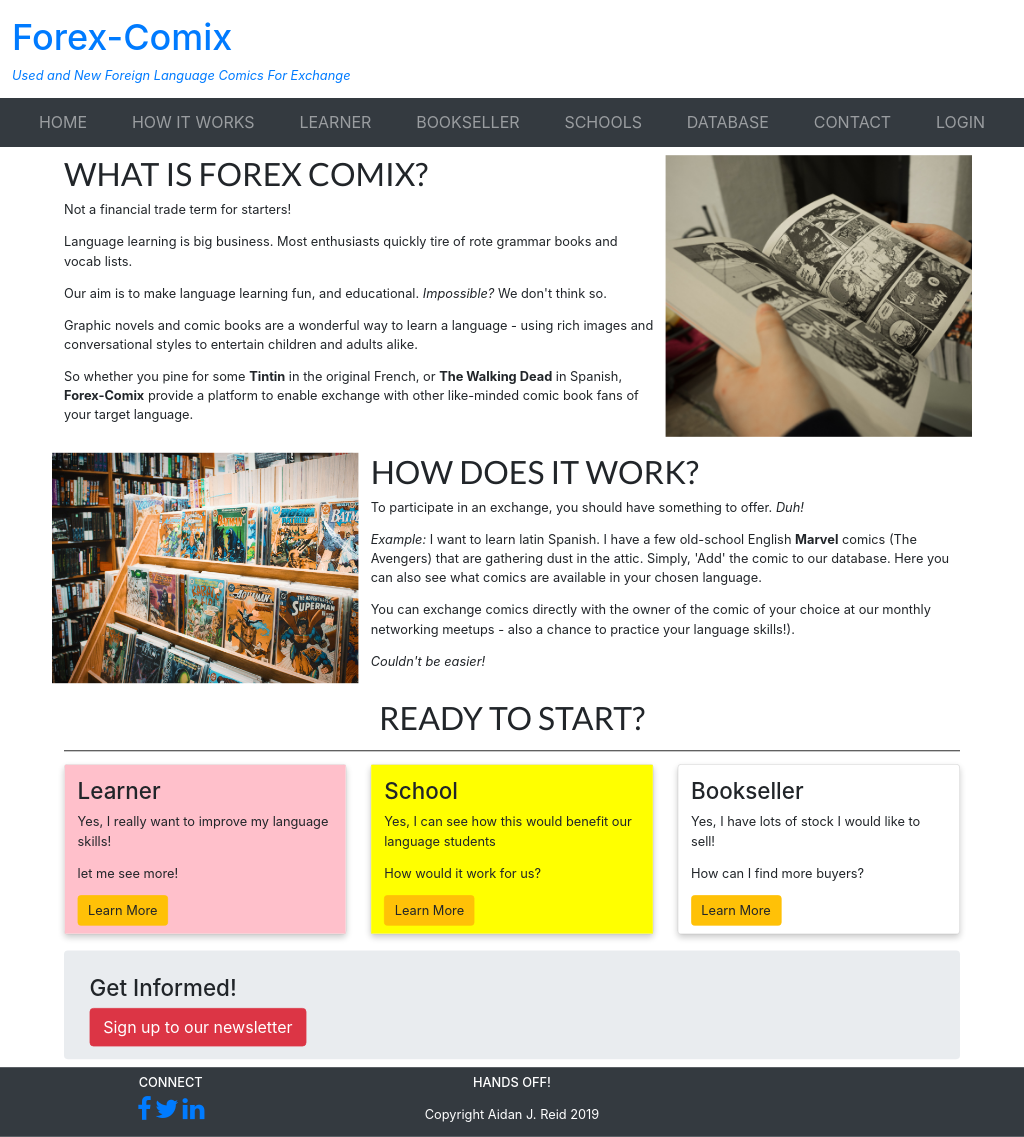
Repository: AidanJReid/Forex-Comix
Page: index.html
The author's editor kept a record of every edit. The page is drawn from the files as they stood at one moment, then again after the next edit.
The browser window is 1280 px wide. The pictures show the whole page, at 80% of full size.

Above is the page before.

### index.html
<!DOCTYPE html>
<html lang="en">

<head>
    <meta charset="UTF-8">
    <meta name="viewport" content="width=device-width, initial-scale=1.0">
    <meta http-equiv="X-UA-Compatible" content="ie=edge">
    <link rel="stylesheet" href="https://stackpath.bootstrapcdn.com/bootstrap/4.3.1/css/bootstrap.min.css" integrity="sha384-ggOyR0iXCbMQv3Xipma34MD+dH/1fQ784/j6cY/iJTQUOhcWr7x9JvoRxT2MZw1T" crossorigin="anonymous">
    <link rel="stylesheet" href="https://stackpath.bootstrapcdn.com/font-awesome/4.7.0/css/font-awesome.min.css" type="text/css" />
    <link href="https://fonts.googleapis.com/css?family=Lato:300i,400,400i,700,700i&display=swap" rel="stylesheet">
    <script src="https://ajax.googleapis.com/ajax/libs/jquery/3.4.1/jquery.min.js"></script>
    <script src="https://cdnjs.cloudflare.com/ajax/libs/popper.js/1.14.7/umd/popper.min.js"></script>
    <script src="https://maxcdn.bootstrapcdn.com/bootstrap/4.3.1/js/bootstrap.min.js"></script>
    <link rel="stylesheet" href="assets/css/style.css" type="text/css" />
    <title>Forex-Comix</title>
</head>

<body>
    <header id="home">
        <div class="container-fluid">
            <div class="row">
                <div class="col">
                    <a href="index.html">
                        <h4 id="Name">Forex-Comix</h4>
                        <p id="subtitle"><em>Used and New Foreign Language Comics For Exchange</em></p>
                    </a>
                </div>
            </div>
        </div>

        <nav class="navbar bg-dark navbar-dark navbar-expand-sm sticky-top" id="navbar">
            <button class="navbar-toggler" type="button" data-toggle="collapse" data-target="#collapsibleNavbar">
                <span class="navbar-toggler-icon"></span>
                </button>
            <div class="collapse navbar-collapse justify-content-center" id="collapsibleNavbar">
                <ul class="navbar-nav">
                    <li class="nav-item">
                        <a href="#home" class="nav-link">Home</a>
                    </li>
                    <li class="nav-item">
                        <a href="#welcome" class="nav-link">How it Works</a>
                    </li>
                    <li class="nav-item">
                        <a href="#books" class="nav-link">Learner</a>
                    </li>
                    <li class="nav-item">
                        <a href="#blog" class="nav-link">Bookseller</a>
                    </li>
                    <li class="nav-item">
                        <a href="#free" class="nav-link">Schools</a>
                    </li>
                    <li class="nav-item">
                        <a href="#form" class="nav-link">Database</a>
                    </li>
                    <li class="nav-item">
                        <a href="#form" class="nav-link">Contact</a>
                    </li>
                    <li class="nav-item">
                        <a href="#form" class="nav-link">Login</a>
                    </li>
                </ul>
            </div>
        </nav>

    </header>
    <div class="container-fluid" id="body-bg">
        <div class="container bio" id="what">
            <div class="row">
                <div class="col-xs-12 col-md-8">
                    <h1>What is Forex Comix?</h1>

                    <p>Not a financial trade term for starters!</p>

                    <p>Language learning is big business. Most enthusiasts quickly tire of rote grammar books and vocab lists.</p>

                    <p>Our aim is to make language learning fun, and educational. <em>Impossible?</em> We don't think so.</p>

                    <p>Graphic novels and comic books are a wonderful way to learn a language - using rich images and conversational styles to entertain children and adults alike.</p>

                    <p>So whether you pine for some <strong>Tintin</strong> in the original French, or <strong>The Walking Dead</strong> in Spanish, <strong>Forex-Comix</strong> provide a platform to enable exchange with other like-minded comic book fans
                        of your target language.</p>
                </div>
                <div class="d-none d-md-block col-md-4 blackwhite">
                </div>
            </div>
        </div>
        <div class="container how" id="how">
            <div class="row">
                <div class="d-none d-md-block col-md-4 stand">
                </div>
                <div class="col-xs-12 col-md-8">
                    <h1>How does it work?</h1>
                    <p>To participate in an exchange, you should have something to offer. <em>Duh!</em></p>

                    <p><em>Example:</em> I want to learn latin Spanish. I have a few old-school English <strong>Marvel</strong> comics (The Avengers) that are gathering dust in the attic. Simply, 'Add' the comic to our database. Here you can also see what comics are available
                        in your chosen language.</p>

                    <p>You can exchange comics directly with the owner of the comic of your choice at our monthly networking meetups - also a chance to practice your language skills!).</p>

                    <p><em>Couldn't be easier!</em></p>
                </div>
            </div>
        </div>
        <div class="container profiles" id="profiles">
            <h1 class="ready-header">Ready to start?</h1>
            <hr class="hr-main-sections">
            <div class="row">
                <div class="col-md-4">
                    <div class="card">
                        <div class="container-item" id="learner">
                            <h3>Learner</h3>
                            <p>Yes, I really want to improve my language skills!</p>
                            <p>let me see more!</p>
                            <div id="button">
                                <a href="blog1.html" type="button" class="btn btn-warning">Learn More</a>
                            </div>
                        </div>
                    </div>
                </div>

                <div class="col-md-4">
                    <div class="card">
                        <div class="container-item" id="school">
                            <h3>School</h3>
                            <p>Yes, I can see how this would benefit our language students</p>
                            <p>How would it work for us?</p>
                            <div id="button">
                                <a href="blog2.html" type="button" class="btn btn-warning">Learn More</a>
                            </div>
                        </div>
                    </div>
                </div>

                <div class="col-md-4">
                    <div class="card">
                        <div class="container-item">
                            <h3>Bookseller</h3>
                            <p>Yes, I have lots of stock I would like to sell!</p>
                            <p>How can I find more buyers?</p>
                            <div id="button">
                                <a href="blog3.html" type="button" class="btn btn-warning">Learn More</a>
                            </div>
                        </div>
                    </div>
                </div>
            </div>
        </div>
        <div class="container nl" id="nl">
            <div class="jumbotron scroll text-left">
                <div class="row">
                    <div class="col">
                        <h3>Get Informed!</h3>
                        <a href="https://dl.bookfunnel.com/myx36xodwz" type="button" class="btn btn-danger btn-lg" id="subscribe" target="_blank">Sign up to our newsletter</a>
                    </div>
                </div>
            </div>
        </div>
    </div>
    <div class="container-fluid footer footer-dark bg-dark">
        <footer="container">
            <div class="row">
                <div class="col-sm-4 foot-col">
                    <h6>Connect</h6>
                    <a href="https://www.facebook.com/aidanjreidauthor/" target="_blank"><i class="fa fa-facebook fa-2x"></i></a>
                    <a href="http://www.twitter.com/aidanjreid" target="_blank"><i class="fa fa-twitter fa-2x"></i></a>
                    <a href="https://www.linkedin.com/in/aidanreid/" target="_blank"><i class="fa fa-linkedin fa-2x"></i></a>
                </div>
                <div class="col-sm-4 foot-col">
                    <h6>Hands off!</h6>
                    <p>Copyright Aidan J. Reid 2019</p>
                </div>
            </div>
            </footer>
    </div>
</body>

</html>

### assets/css/style.css
/* Home Page */

.blackwhite {
    background:url("../images/black.jpg");
    background-size: cover;
}

.stand {
    background:url("../images/stand.jpg");
    background-size: cover;
}


/* --------------------------- MISC/FONTS */

.container {
    padding: 10px;
}

/* --------------------------- MISC/FONTS */

.ready-header {
    text-align: center;
}

/* --------------------------- PROFILE SECTION */

#learner {
    background-color: pink;
}

#school {
    background-color: yellow;
}

#bookseller {
    background-color: grey;
}

/* --------------------------- PROFILE SECTION */

.jumbotron {
    text-align: center;
}

button {
    text-align: center;
    position: center;
}



/* --------------------------- MISC/FONTS */

/*#body-bg {*/
/*    background:url("../images/wall.jpg");*/
/*    background-size: contain;*/
/*    background-repeat: repeat;*/
/*}*/

h1 {
    font-family: 'Lato', sans-serif; /*link to style in html head*/
    text-transform: uppercase;
}

/* --------------------------- HEADER */

header {
    margin: 0px;
}

#Name {
    display: inline-block;
    font-size: 45px;
    width: 100%;
    padding-top: 20px;
}

.logo a {
    text-shadow: 0 0 5px #FF0000, 0 0 5px #0000FF;
    text-transform: uppercase;
    color: white;
}

.logo {
    background-color: black;
    font-family: 'Lato', sans-serif;
}

#Title {
    font-size: 18px;
    float: right;
}



/* --------------------------- NAV BAR */

.nav-item a {
    color: #f2f2f2;
    text-align: center;
    text-decoration: none;
    font-size: 20px;
    margin: 0 20px;
    text-transform: uppercase;

}

/*----------------------- BLOG section*/

.card {
  box-shadow: 0 4px 8px 0 rgba(0,0,0,0.2);
  transition: 0.3s;
  border-radius: 5px;
}

.card:hover {
  box-shadow: 0 8px 16px 0 rgba(0,0,0,0.2);
}

.container-item {
  padding: 2px 16px 10px 16px;
}

/* images and attributes in separate blog section below */

.blog-images {
    height: 250px;
    background-size: cover;
}

.blog-content {
    padding: 15px 0px 15px 0px;
}

h3 {
    padding-top: 15px;
}

/* blog container section*/

.blog {
    background-color: white;
    padding: 20px;
    margin-top: 20px;
}

.btn-warning a {
    text-decoration: none;
}

/*----------------------- FREE section*/

/* book background img - href="https://unsplash.com/photos/Oaqk7qqNh_c */

.free {
    background:url("../images/book-bg.jpg");
    padding: 20px;
    background-attachment: fixed;
    background-position: center;
    background-repeat: no-repeat;
    background-size: cover;
    margin-top: 20px;
}

.jumbotron {
    padding: 16px 32px;
    margin-bottom: 0;
}

.fright {
    text-align: right;
}

#subscribe {
    float: left;
}

.btn-danger a {
    color: white;
    text-decoration: none;
}

.hr-main-sections {
    background-color: black;
}

/*----------------------- FOOTER section*/

.footer p {
    color: white;
    padding-top: 10px;
}

.footer h6 {
    text-transform: uppercase;
    color: white;
    padding-top: 10px;
}

.foot-col {
    text-align: center;
}

After the next edit:
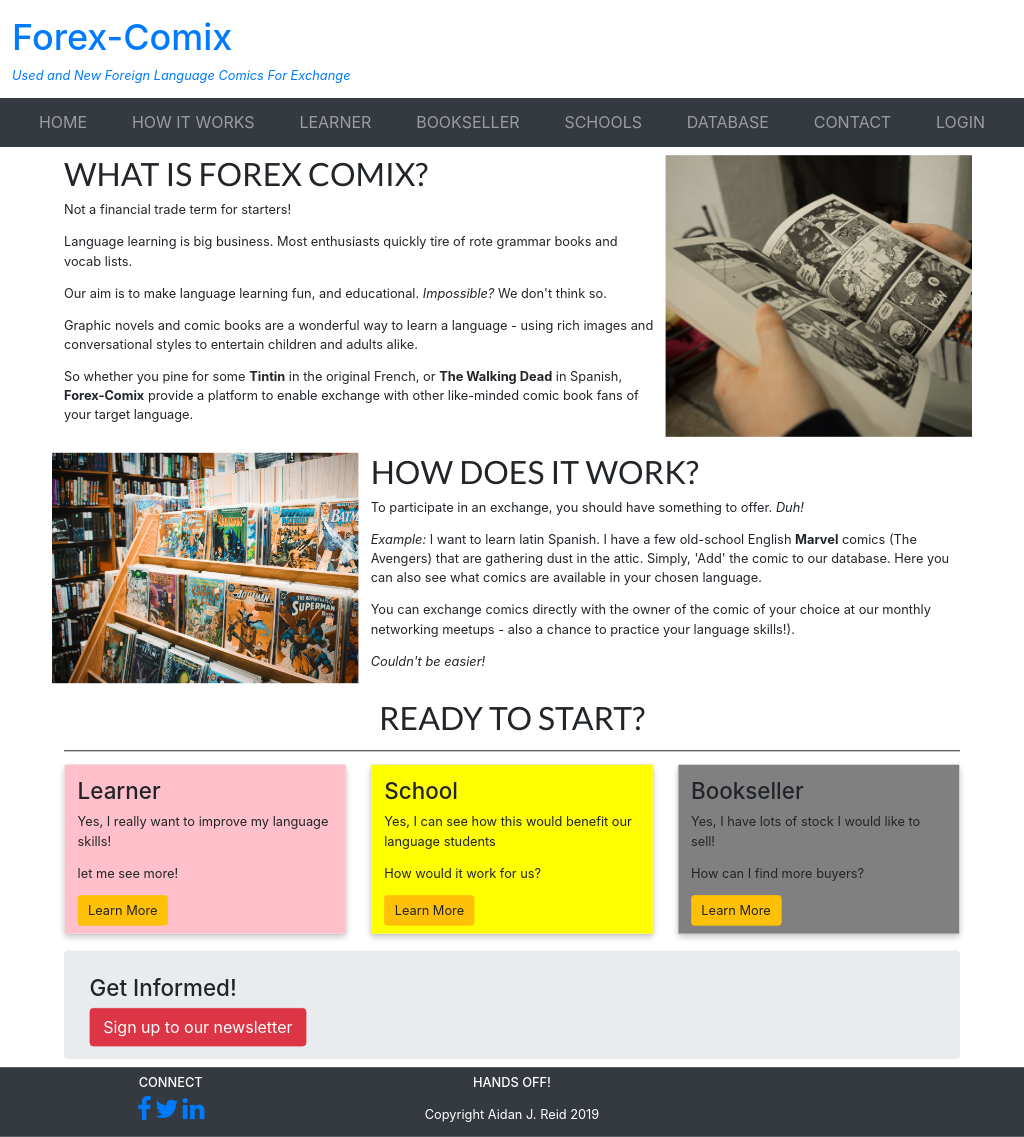
The edit:
--- a/index.html
+++ b/index.html
@@ -133,7 +133,7 @@
 
                 <div class="col-md-4">
                     <div class="card">
-                        <div class="container-item">
+                        <div class="container-item" id="bookseller">
                             <h3>Bookseller</h3>
                             <p>Yes, I have lots of stock I would like to sell!</p>
                             <p>How can I find more buyers?</p>
